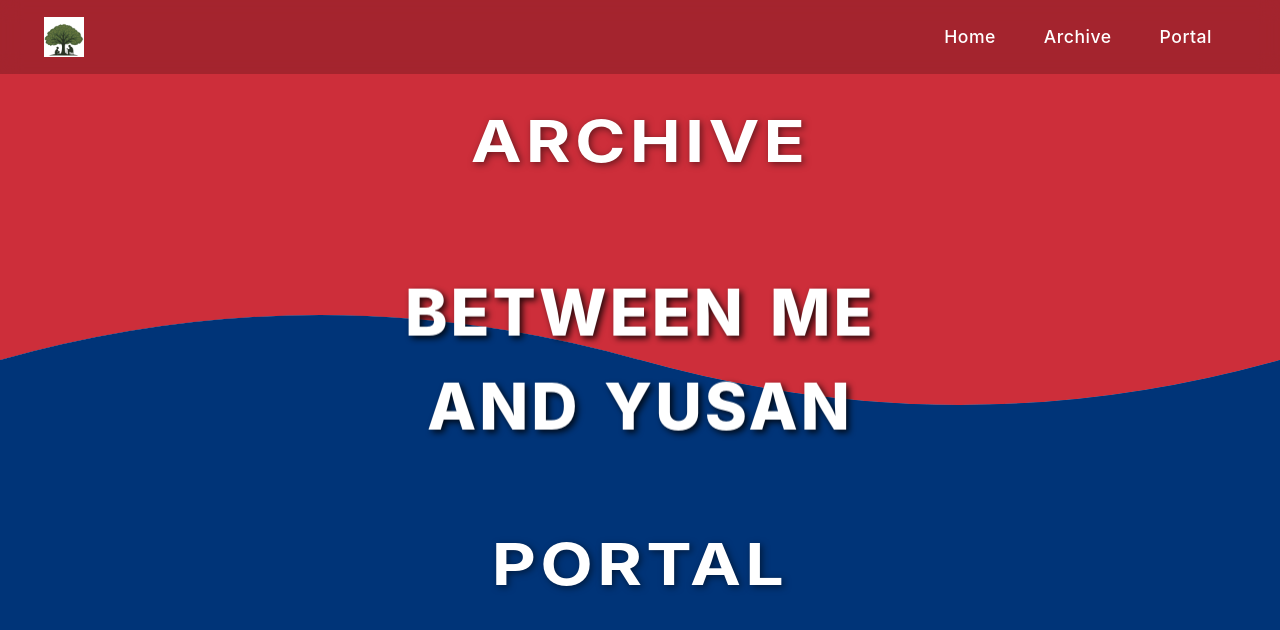
Repository: joshliu14/betweenmeandyusan
Page: /
The author's editor kept a copy of each file at every save. The page is drawn from the files as they stood at one save, then again after the next save.
The browser window is 1280 px wide. The pictures show the whole page.
The project was rebuilt for these pictures with package versions that can differ from the ones it lists, and the page was loaded fresh each time. Also part of the build but not shown: src/components/SearchPage.js, src/components/PortalPage.js, src/components/StorySubmissionPage.js.

Above is the page before, as saved 2025-06-10 03:15:21.

### public/index.html
<!DOCTYPE html>
<html lang="en">
  <head>
    <meta charset="utf-8" />
    <link rel="icon" href="%PUBLIC_URL%/favicon.ico" />
    <meta name="viewport" content="width=device-width, initial-scale=1" />
    <meta name="theme-color" content="#000000" />
    <meta
      name="description"
      content="Web site created using create-react-app"
    />
    <link rel="apple-touch-icon" href="%PUBLIC_URL%/logo192.png" />
    <!--
      manifest.json provides metadata used when your web app is installed on a
      user's mobile device or desktop. See https://developers.google.com/web/fundamentals/web-app-manifest/
    -->
    <link rel="manifest" href="%PUBLIC_URL%/manifest.json" />
    <!--
      Notice the use of %PUBLIC_URL% in the tags above.
      It will be replaced with the URL of the `public` folder during the build.
      Only files inside the `public` folder can be referenced from the HTML.

      Unlike "/favicon.ico" or "favicon.ico", "%PUBLIC_URL%/favicon.ico" will
      work correctly both with client-side routing and a non-root public URL.
      Learn how to configure a non-root public URL by running `npm run build`.
    -->
    <title>Between Me And Yusan</title>
  </head>
  <body>
    <noscript>You need to enable JavaScript to run this app.</noscript>
    <div id="root"></div>
    <!--
      This HTML file is a template.
      If you open it directly in the browser, you will see an empty page.

      You can add webfonts, meta tags, or analytics to this file.
      The build step will place the bundled scripts into the <body> tag.

      To begin the development, run `npm start` or `yarn start`.
      To create a production bundle, use `npm run build` or `yarn build`.
    -->
  </body>
</html>

### src/App.js
// src/App.js
import React from 'react';
import { BrowserRouter as Router, Routes, Route } from 'react-router-dom';
import 'bootstrap/dist/css/bootstrap.min.css';
import './App.css';
import HomePage from './components/HomePage';
import SearchPage from './components/SearchPage';
import PortalPage from './components/PortalPage';
import StorySubmissionPage from './components/StorySubmissionPage';
import Navigation from './components/Navigation';

function App() {
  return (
    <Router>
      <div className="App">
        <Navigation />
        <Routes>
          <Route path="/" element={<HomePage />} />
          <Route path="/search" element={<SearchPage />} />
          <Route path="/portal" element={<PortalPage />} />
          <Route path="/submit-story" element={<StorySubmissionPage />} />
        </Routes>
      </div>
    </Router>
  );
}

export default App;

### src/App.css
/* src/App.css */
.App {
  min-height: 100vh;
  font-family: -apple-system, BlinkMacSystemFont, 'Segoe UI', 'Roboto', 'Oxygen',
    'Ubuntu', 'Cantarell', 'Fira Sans', 'Droid Sans', 'Helvetica Neue',
    sans-serif;
}

/* Custom Korean-inspired colors */
:root {
  --korean-red: #cd2e3a;
  --korean-blue: #003478;
  --korean-white: #ffffff;
  --light-gray: #f8f9fa;
}

/* Navigation Styles */
.navigation-bar {
  z-index: 1000;
  padding: 1rem 2rem;
  background: rgba(0, 0, 0, 0.1) !important;
  backdrop-filter: blur(10px);
  transition: all 0.3s ease;
}

.navigation-bar:hover {
  background: rgba(0, 0, 0, 0.2) !important;
}

.nav-link-custom {
  color: white !important;
  font-weight: 500;
  font-size: 1.1rem;
  margin: 0 1rem;
  transition: all 0.3s ease;
  text-decoration: none;
  letter-spacing: 0.5px;
}

.nav-link-custom:hover {
  color: #ffd700 !important;
  transform: translateY(-2px);
}

.logo-container {
  display: flex;
  align-items: center;
}

.navbar-logo {
  height: 40px;
  width: auto;
  transition: transform 0.3s ease;
}

.navbar-logo:hover {
  transform: scale(1.1);
}

/* New Home Page Styles */
.home-container {
  min-height: 100vh;
  display: flex;
  align-items: center;
  justify-content: center;
  position: relative;
  overflow: hidden;
}

.background-pattern {
  position: absolute;
  top: 0;
  left: 0;
  width: 100%;
  height: 100%;
  background: url("data:[embedded picture, 390 characters]") repeat;
  animation: float 30s infinite linear;
  z-index: 1;
}

@keyframes float {
  0% { transform: translateX(0px) translateY(0px); }
  25% { transform: translateX(10px) translateY(-10px); }
  50% { transform: translateX(0px) translateY(-20px); }
  75% { transform: translateX(-10px) translateY(-10px); }
  100% { transform: translateX(0px) translateY(0px); }
}

.yin-yang-container {
  position: relative;
  width: 100%;
  height: 100vh;
  display: flex;
  align-items: center;
  justify-content: center;
}

.yin-yang-wave {
  position: absolute;
  width: 100%;
  height: 100%;
  top: 0;
  left: 0;
  z-index: 2;
}

.clickable-section {
  cursor: pointer;
  transition: all 0.3s ease;
}

.clickable-section:hover {
  filter: brightness(1.1);
}

/* Button hover effects and animations */
.top-button-group, .bottom-button-group {
  cursor: pointer;
  transition: all 0.3s ease;
}

/* Top section hover effects */
.top-button-group:hover .top-shape {
  fill: #a82329 !important; /* Darker red on hover */
  transition: fill 0.3s ease;
}

.top-button-group:hover .top-text {
  fill: white;
  transform: scale(1.1);
  transition: all 0.3s ease;
}

/* Bottom section hover effects */
.bottom-button-group:hover .bottom-shape {
  fill: #002356 !important; /* Darker blue on hover */
  transition: fill 0.3s ease;
}

.bottom-button-group:hover .bottom-text {
  fill: white;
  transform: scale(1.1);
  transition: all 0.3s ease;
}

/* Add subtle glow effect on hover */
.top-button-group:hover {
  filter: drop-shadow(0 0 20px rgba(168, 35, 41, 0.5));
}

.bottom-button-group:hover {
  filter: drop-shadow(0 0 20px rgba(0, 35, 86, 0.5));
}

/* Animation for the shapes */
.top-shape, .bottom-shape {
  transition: fill 0.3s ease, transform 0.3s ease;
}

.top-text, .bottom-text {
  transition: fill 0.3s ease, transform 0.3s ease;
  transform-origin: center;
}

/* Add a subtle pulse animation */
@keyframes pulse {
  0% { opacity: 1; }
  50% { opacity: 0.8; }
  100% { opacity: 1; }
}

.top-button-group:hover, .bottom-button-group:hover {
  animation: pulse 2s infinite;
}

.section-text {
  font-size: 4rem;
  font-weight: 700;
  letter-spacing: 4px;
  fill: white;
  text-shadow: 2px 2px 8px rgba(0, 0, 0, 0.5);
  cursor: pointer;
  transition: all 0.3s ease;
}

.section-text:hover {
  filter: drop-shadow(4px 4px 12px rgba(0, 0, 0, 0.7));
  transform: translateY(-2px);
}

.yin-circle, .yang-circle {
  filter: drop-shadow(0 4px 8px rgba(0, 0, 0, 0.3));
}

.main-title-container {
  position: absolute;
  top: 50%;
  left: 50%;
  transform: translate(-50%, -50%);
  z-index: 5;
}

.main-title {
  font-size: 4rem;
  font-weight: 800;
  color: white;
  text-align: center;
  text-shadow: 3px 3px 6px rgba(0, 0, 0, 0.8);
  letter-spacing: 3px;
  margin: 0;
  padding: 0 2rem;
  display: flex;
  flex-wrap: wrap;
  justify-content: center;
  gap: 1.5rem;
  line-height: 1.1;
}

.title-word {
  display: inline-block;
  opacity: 0;
  animation: elegantReveal 1.5s cubic-bezier(0.25, 0.46, 0.45, 0.94) forwards;
}

.title-word:nth-child(1) {
  animation-delay: 0.3s;
}

.title-word:nth-child(2) {
  animation-delay: 0.6s;
}

.title-word:nth-child(3) {
  animation-delay: 0.9s;
}

.title-word:nth-child(4) {
  animation-delay: 1.2s;
}

@keyframes elegantReveal {
  0% {
    opacity: 0;
    transform: translateY(30px) scale(0.95);
    filter: blur(2px);
  }
  50% {
    opacity: 0.7;
    transform: translateY(-5px) scale(1.02);
    filter: blur(0px);
  }
  100% {
    opacity: 1;
    transform: translateY(0) scale(1);
    filter: blur(0px);
  }
}

/* Search Page Styles */
.search-container {
  min-height: 100vh;
  background: linear-gradient(135deg, #f8f9fa 0%, #e9ecef 100%);
  padding: 100px 0 50px 0;
}

.search-logo {
  display: block;
  margin: 0 auto;        /* centers the image horizontally */
  max-width: 150px;      /* adjust size as needed */
  height: auto;          /* maintain aspect ratio */
}

.search-header {
  text-align: center;
  margin-bottom: 50px;
}

@keyframes fadeInUp {
  from {
    opacity: 0;
    transform: translateY(30px);
  }
  to {
    opacity: 1;
    transform: translateY(0);
  }
}

.search-title {
  font-size: 2.8rem;
  font-weight: 700;
  color: #333;
  margin-bottom: 30px;
  animation: fadeInUp 1s ease-out 0.2s forwards;
  opacity: 0;
  letter-spacing: 1px;
}

.search-form {
  max-width: 600px;
  margin: 0 auto;
  animation: fadeInUp 1s ease-out 0.4s forwards;
  opacity: 0;
}

.search-input {
  border: 2px solid #ddd;
  border-radius: 50px;
  font-size: 1.1rem;
  padding: 15px 25px;
  transition: all 0.3s ease;
  font-weight: 400;
}

.search-input:focus {
  border-color: var(--korean-red);
  box-shadow: 0 0 0 0.2rem rgba(205, 46, 58, 0.25);
}

.search-btn {
  background: var(--korean-red);
  border: none;
  border-radius: 50px;
  padding: 15px 30px;
  color: white;
  font-weight: 600;
  transition: all 0.3s ease;
  letter-spacing: 0.5px;
}

.search-btn:hover {
  background: #b02530;
  transform: translateY(-2px);
  box-shadow: 0 4px 15px rgba(205, 46, 58, 0.3);
}

/* Results Styles */
.results-container {
  max-width: 800px;
  margin: 50px auto 0;
  animation: fadeInUp 1s ease-out 0.6s forwards;
  opacity: 0;
}

.veteran-card {
  background: white;
  border-radius: 15px;
  padding: 30px;
  margin-bottom: 30px;
  box-shadow: 0 5px 15px rgba(0, 0, 0, 0.1);
  transition: all 0.3s ease;
  border-left: 5px solid var(--korean-red);
}

.veteran-card:hover {
  transform: translateY(-5px);
  box-shadow: 0 10px 25px rgba(0, 0, 0, 0.15);
}

.veteran-photo {
  width: 150px;
  height: 200px;
  object-fit: cover;
  border-radius: 10px;
  border: 3px solid #ddd;
}

.veteran-name {
  font-size: 1.9rem;
  font-weight: 600;
  color: #333;
  margin-bottom: 10px;
  letter-spacing: 0.5px;
}

.veteran-location {
  color: var(--korean-red);
  font-weight: 600;
  font-size: 1.1rem;
  letter-spacing: 0.5px;
}

.flag-icon {
  width: 30px;
  height: 20px;
  margin-left: 10px;
  background: linear-gradient(to bottom, #ff0000 33%, #ffffff 33%, #ffffff 66%, #ff0000 66%);
  border: 1px solid #ddd;
}

/* Portal Page Styles */
.portal-container {
  min-height: 100vh;
  background: linear-gradient(135deg, var(--korean-blue) 0%, var(--korean-red) 100%);
  padding: 100px 20px 50px 20px;
  color: white;
}

.portal-content {
  max-width: 800px;
  margin: 0 auto;
  text-align: center;
}

.portal-title {
  font-size: 3.2rem;
  font-weight: 800;
  margin-bottom: 30px;
  text-shadow: 2px 2px 4px rgba(0, 0, 0, 0.5);
  letter-spacing: 2px;
}

.portal-subtitle {
  font-size: 1.3rem;
  font-weight: 400;
  margin-bottom: 50px;
  opacity: 0.9;
  letter-spacing: 0.5px;
}

.portal-card {
  background: rgba(255, 255, 255, 0.95);
  color: #333;
  border-radius: 20px;
  padding: 40px;
  margin: 30px 0;
  box-shadow: 0 10px 30px rgba(0, 0, 0, 0.2);
  transition: all 0.3s ease;
}

.portal-card:hover {
  transform: translateY(-5px);
  box-shadow: 0 15px 40px rgba(0, 0, 0, 0.3);
}

.story-form {
  max-width: 600px;
  margin: 0 auto;
}

.form-group {
  margin-bottom: 25px;
  text-align: left;
}

.form-label {
  font-weight: 600;
  margin-bottom: 8px;
  color: #333;
  letter-spacing: 0.3px;
}

.form-control {
  border: 2px solid #ddd;
  border-radius: 10px;
  padding: 12px 15px;
  font-size: 1.1rem;
  transition: all 0.3s ease;
  font-weight: 400;
}

.form-control:focus {
  border-color: var(--korean-red);
  box-shadow: 0 0 0 0.2rem rgba(205, 46, 58, 0.25);
}

.btn-primary {
  background: var(--korean-red);
  border: none;
  border-radius: 50px;
  padding: 15px 40px;
  font-size: 1.2rem;
  font-weight: 600;
  transition: all 0.3s ease;
  letter-spacing: 0.5px;
}

.btn-primary:hover {
  background: #b02530;
  transform: translateY(-2px);
  box-shadow: 0 5px 15px rgba(205, 46, 58, 0.3);
}

.btn-secondary {
  background: #6c757d;
  border: none;
  border-radius: 50px;
  padding: 15px 40px;
  font-size: 1.2rem;
  font-weight: 600;
  transition: all 0.3s ease;
  color: white;
  text-decoration: none;
  display: inline-block;
  letter-spacing: 0.5px;
}

.btn-secondary:hover {
  background: #5a6268;
  transform: translateY(-2px);
  box-shadow: 0 5px 15px rgba(108, 117, 125, 0.3);
  color: white;
  text-decoration: none;
}

/* Responsive Design */
@media (max-width: 768px) {
  .navigation-bar {
    padding: 0.5rem 1rem;
  }

  .navbar-logo {
    height: 30px;
  }

  .main-title {
    font-size: 2.8rem;
    padding: 0 1rem;
    flex-direction: column;
    gap: 1rem;
  }

  .section-text {
    font-size: 2.8rem;
  }

  .search-title {
    font-size: 2.2rem;
  }

  .portal-title {
    font-size: 2.6rem;
  }

  .veteran-card {
    padding: 20px;
  }

  .veteran-card .row {
    text-align: center;
  }

  .veteran-photo {
    margin-bottom: 20px;
  }
}

@media (max-width: 480px) {
  .main-title {
    font-size: 2.2rem;
  }

  .section-text {
    font-size: 2.2rem;
  }
}

### src/components/HomePage.js
// src/components/HomePage.js

function HomePage() {
  return (
    <div className="home-container">
      {/* Animated background pattern */}
      <div className="background-pattern"></div>

      {/* Yin-Yang Wave Container with integrated buttons */}
      <div className="yin-yang-container">
        <svg className="yin-yang-wave" viewBox="0 0 1200 800" preserveAspectRatio="none">
          {/* Top section (Archive) - Red */}
          <defs>
            <clipPath id="topClip">
              <path d="M0,0 L1200,0 L1200,400 Q900,500 600,400 T0,400 Z" />
            </clipPath>
            <clipPath id="bottomClip">
              <path d="M0,400 Q300,300 600,400 T1200,400 L1200,800 L0,800 Z" />
            </clipPath>
          </defs>

          {/* Top clickable area with shape AND text */}
          <a href="/search" style={{textDecoration: 'none'}} className="top-button-group">
            <rect x="0" y="0" width="1200" height="400" fill="var(--korean-red)" clipPath="url(#topClip)" className="clickable-section top-shape" />
            <path d="M0,0 L1200,0 L1200,400 Q900,500 600,400 T0,400 Z" fill="var(--korean-red)" className="clickable-section top-shape" />
            <text x="600" y="180" textAnchor="middle" className="section-text archive-text top-text">ARCHIVE</text>
          </a>

          {/* Bottom clickable area with shape AND text */}
          <a href="/portal" style={{textDecoration: 'none'}} className="bottom-button-group">
            <rect x="0" y="400" width="1200" height="400" fill="var(--korean-blue)" clipPath="url(#bottomClip)" className="clickable-section bottom-shape" />
            <path d="M0,400 Q300,300 600,400 T1200,400 L1200,800 L0,800 Z" fill="var(--korean-blue)" className="clickable-section bottom-shape" />
            <text x="600" y="650" textAnchor="middle" className="section-text portal-text bottom-text">PORTAL</text>
          </a>
        </svg>

        {/* Main title with new animation */}
        <div className="main-title-container">
          <h1 className="main-title">
            <span className="title-word">BETWEEN</span>
            <span className="title-word">ME</span>
            <span className="title-word">AND</span>
            <span className="title-word">YUSAN</span>
          </h1>
        </div>
      </div>
    </div>
  );
}

export default HomePage;

### src/components/Navigation.js
// src/components/Navigation.js
import React from 'react';
import { Navbar, Nav } from 'react-bootstrap';
import { Link } from 'react-router-dom';

function Navigation() {
  return (
    <Navbar bg="transparent" variant="dark" expand="lg" className="navigation-bar" fixed="top">
      <div className="container-fluid">
        <div className="logo-container">
          <img src="/logo.png" alt="Logo" className="navbar-logo" />
        </div>
        <Navbar.Toggle aria-controls="basic-navbar-nav" />
        <Navbar.Collapse id="basic-navbar-nav">
          <Nav className="ms-auto">
            <Nav.Link as={Link} to="/" className="nav-link-custom">Home</Nav.Link>
            <Nav.Link as={Link} to="/search" className="nav-link-custom">Archive</Nav.Link>
            <Nav.Link as={Link} to="/portal" className="nav-link-custom">Portal</Nav.Link>
          </Nav>
        </Navbar.Collapse>
      </div>
    </Navbar>
  );
}

export default Navigation;

Loaded but not shown: src/index.js (common file); src/index.css (common file); src/reportWebVitals.js (common file)

After the next save:
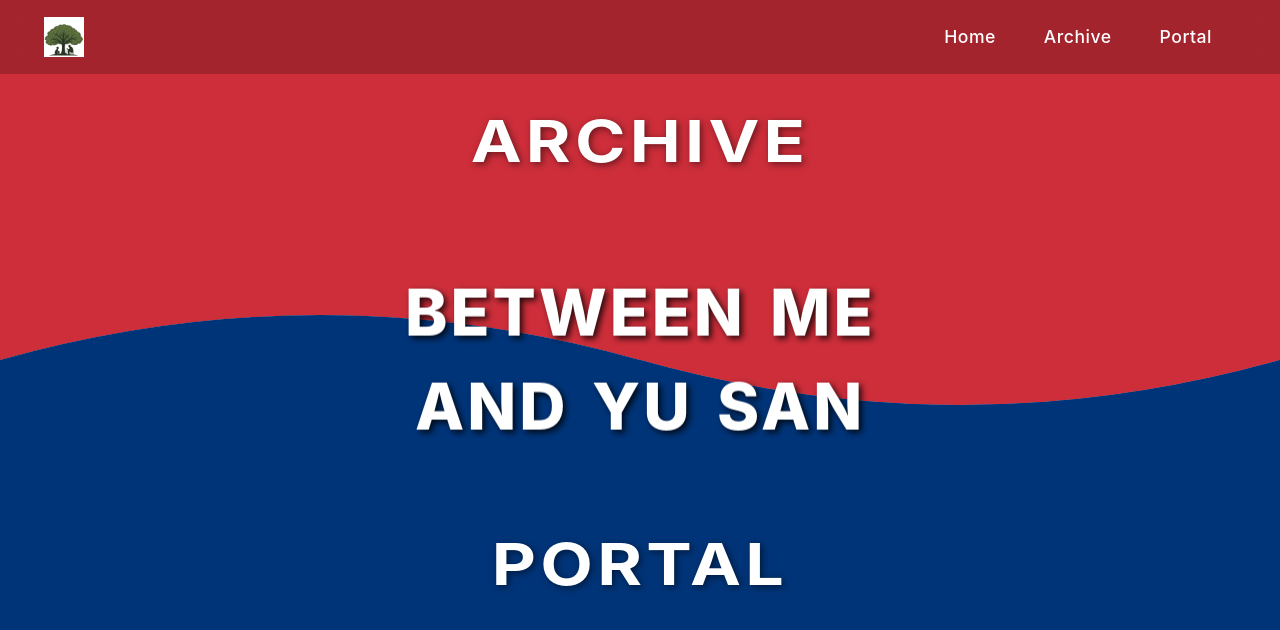
Saved 17 h 6 min later.
--- a/src/components/HomePage.js
+++ b/src/components/HomePage.js
@@ -9,7 +9,6 @@
       {/* Yin-Yang Wave Container with integrated buttons */}
       <div className="yin-yang-container">
         <svg className="yin-yang-wave" viewBox="0 0 1200 800" preserveAspectRatio="none">
-          {/* Top section (Archive) - Red */}
           <defs>
             <clipPath id="topClip">
               <path d="M0,0 L1200,0 L1200,400 Q900,500 600,400 T0,400 Z" />
@@ -19,28 +18,27 @@
             </clipPath>
           </defs>
 
-          {/* Top clickable area with shape AND text */}
-          <a href="/search" style={{textDecoration: 'none'}} className="top-button-group">
+          <a href="/search" style={{ textDecoration: 'none' }} className="top-button-group">
             <rect x="0" y="0" width="1200" height="400" fill="var(--korean-red)" clipPath="url(#topClip)" className="clickable-section top-shape" />
             <path d="M0,0 L1200,0 L1200,400 Q900,500 600,400 T0,400 Z" fill="var(--korean-red)" className="clickable-section top-shape" />
             <text x="600" y="180" textAnchor="middle" className="section-text archive-text top-text">ARCHIVE</text>
           </a>
 
-          {/* Bottom clickable area with shape AND text */}
-          <a href="/portal" style={{textDecoration: 'none'}} className="bottom-button-group">
+          <a href="/portal" style={{ textDecoration: 'none' }} className="bottom-button-group">
             <rect x="0" y="400" width="1200" height="400" fill="var(--korean-blue)" clipPath="url(#bottomClip)" className="clickable-section bottom-shape" />
             <path d="M0,400 Q300,300 600,400 T1200,400 L1200,800 L0,800 Z" fill="var(--korean-blue)" className="clickable-section bottom-shape" />
             <text x="600" y="650" textAnchor="middle" className="section-text portal-text bottom-text">PORTAL</text>
           </a>
         </svg>
 
-        {/* Main title with new animation */}
+        {/* Main title with styled "ME" and "YU" */}
         <div className="main-title-container">
           <h1 className="main-title">
-            <span className="title-word">BETWEEN</span>
-            <span className="title-word">ME</span>
-            <span className="title-word">AND</span>
-            <span className="title-word">YUSAN</span>
+            <span className="title-word">BETWEEN</span>{' '}
+            <span className="title-word green">ME</span>{' '}
+            <span className="title-word">AND</span>{' '}
+            <span className="title-word green">YU</span>
+            <span className="title-word">SAN</span>
           </h1>
         </div>
       </div>
